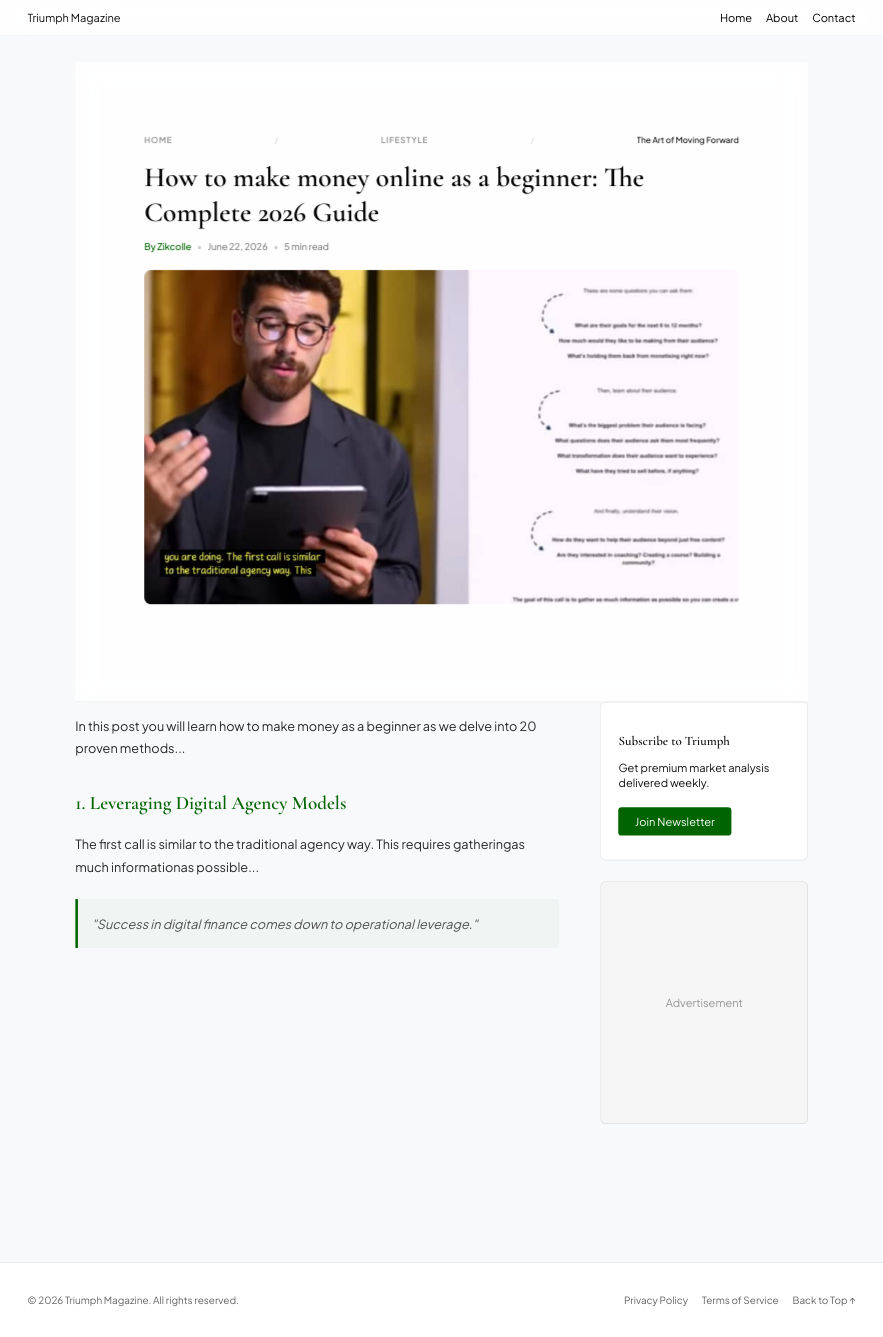
Repository: zikcolle/Triumph-Blog
Page: post.html
The author's editor kept a copy of each file at every save. The page is drawn from the files as they stood at one save, then again after the next save.
The browser window is 1280 px wide. The pictures show the whole page, at 69% of full size.

Above is the page before, as saved 2026-06-23 12:27:10.

After the next save:
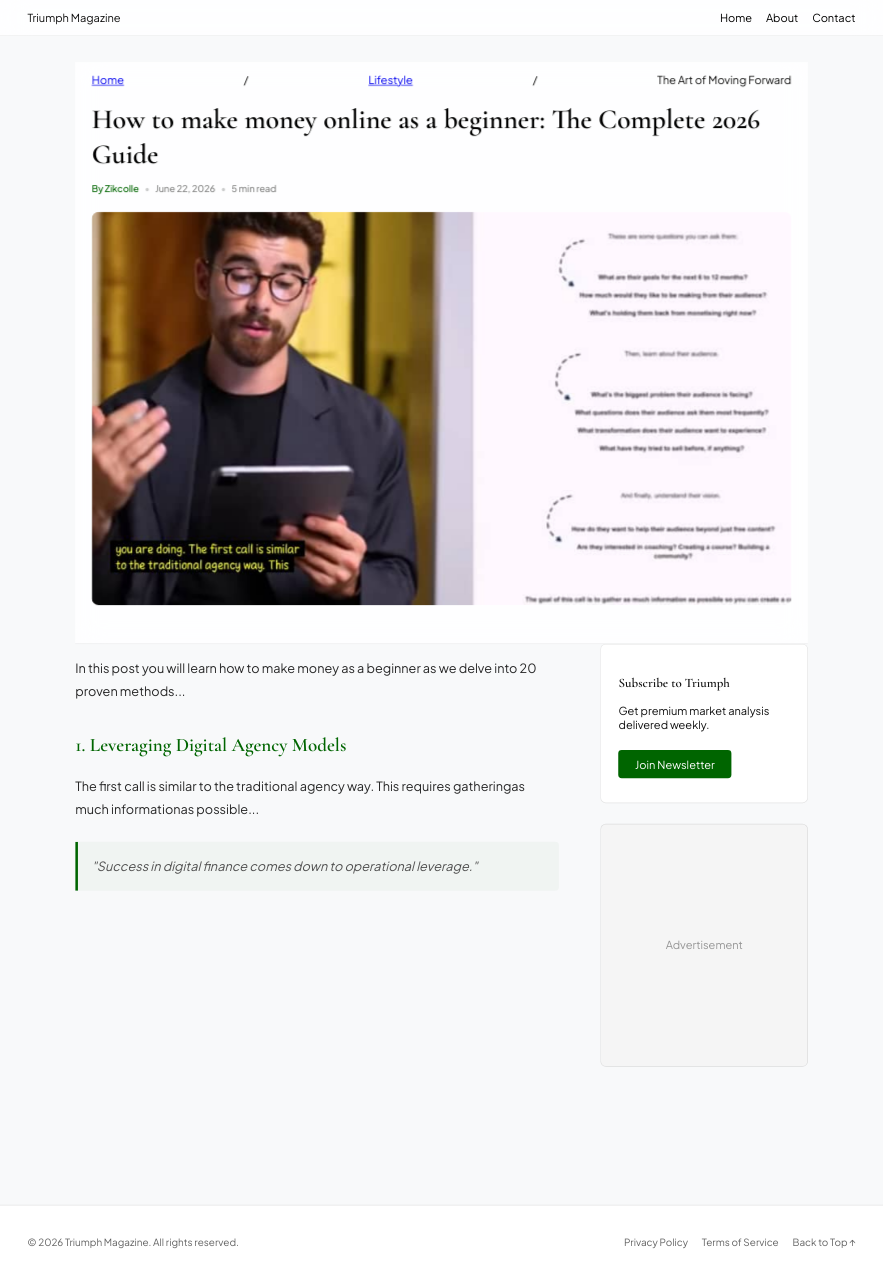
Saved 16 s later.
--- a/styles.css
+++ b/styles.css
@@ -363,7 +363,6 @@ footer {
 .post-header {
     position: relative;
     z-index: 1 !important;
-    padding: 100px;
 }
 
 .post-header h1 {
@@ -464,57 +463,3 @@ footer {
         top: 100px;
     }
 }
-
-/* ==========================================================================
-   EDITORIAL BREADCRUMBS
-   ========================================================================== */
-.breadcrumbs {
-    display: flex;
-    align-items: center;
-    flex-wrap: nowrap; /* Forces everything on a single line */
-    gap: 10px;
-    font-family: 'Plus Jakarta Sans', sans-serif;
-    font-size: 0.75rem; /* Small, crisp UI footprint */
-    font-weight: 600;
-    letter-spacing: 0.08em; /* Clean, intentional tracking */
-    text-transform: uppercase;
-    margin-bottom: 20px; /* Perfect breathing room before the huge H1 title */
-    padding-top: 5px;
-}
-
-.breadcrumb-link {
-    color: #8c8c8c;
-    text-decoration: none;
-    transition: color 0.2s ease;
-}
-
-/* 2026 Micro-interaction: Subtle hover phase-in */
-.breadcrumb-link:hover {
-    color: #111111;
-}
-
-.breadcrumb-separator {
-    color: #cccccc;
-    font-weight: 400;
-    user-select: none; /* Prevents user from accidentally selecting the slash text */
-}
-
-.breadcrumb-current {
-    color: #111111;
-    font-weight: 500;
-    text-transform: none; /* Keeps the actual post title in its original casing */
-    letter-spacing: normal;
-
-    /* Elegant single-line truncate fallback for small mobile viewports */
-    white-space: nowrap;
-    overflow: hidden;
-    text-overflow: ellipsis;
-    max-width: 180px;
-}
-
-/* Responsive adjustments for mid-size screens */
-@media (min-width: 768px) {
-    .breadcrumb-current {
-        max-width: 400px; /* Allows more title real estate on desktop */
-    }
-}
